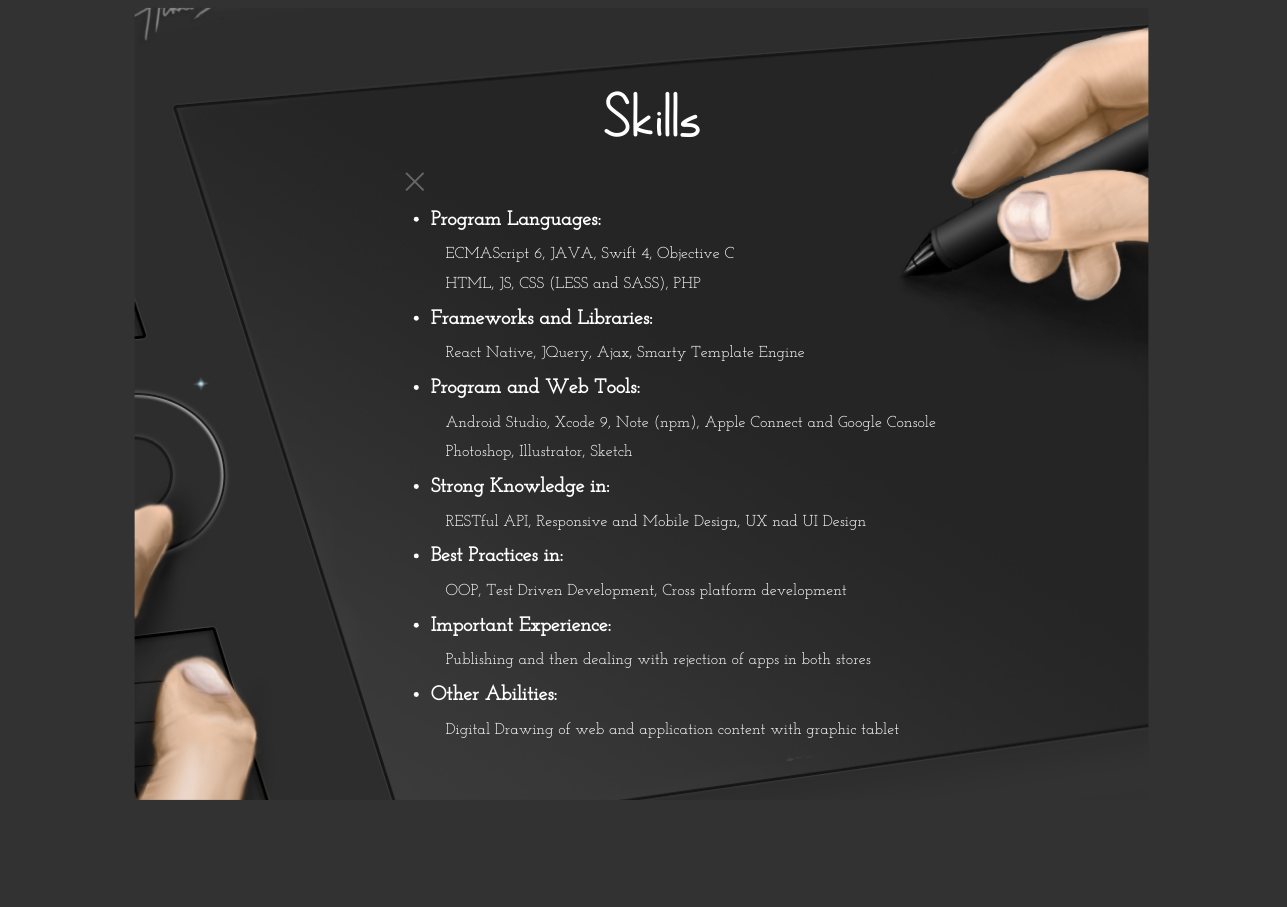
Repository: nikichanko/cv
Page: index.html
An editor plug-in stored every save of this project. The page is shown before and after the next save, followed by the edit.
The browser window is 1280 px wide. The page is 1300 px wide, so the pictures cover 1300 px, including what lies to the right of the window. The pictures show the whole page, at 99% of full size.
After loading, the first visible `div.item` was clicked once.

Above is the page before, as saved 2018-08-09 00:04:07.

### index.html
<!DOCTYPE html>
<html>
  <head>
    <link rel="stylesheet" type="text/css" href="css/styles.css">
    <script src="https://ajax.googleapis.com/ajax/libs/jquery/3.3.1/jquery.min.js"></script>
    <title>Nikolay Nikolov - CV</title>
  </head>
  <body>
    <div class="wrapper">
      <div class="menu">
        <div class="item">
          Skills
        </div>
        <div class="content skills">
          <i class="close"></i>
          <ul>
            <li>Program Languages:</li>
            <ol>ECMAScript 6, JAVA, Swift 4, Objective C</ol>
            <ol>HTML, JS, CSS (LESS and SASS), PHP</ol>
            <li>Frameworks and Libraries:</li>
            <ol>React Native, JQuery, Ajax, Smarty Template Engine</ol>
            <li>Program and Web Tools:</li>
            <ol>Android Studio, Xcode 9, Note (npm), Apple Connect and Google Console</ol>
            <ol>Photoshop, Illustrator, Sketch</ol>
            <li>Strong Knowledge in:</li>
            <ol>RESTful API, Responsive and Mobile Design, UX nad UI Design</ol>
            <li>Best Practices in:</li>
            <ol>OOP, Test Driven Development, Cross platform development</ol>
            <li>Important Experience:</li>
            <ol>Publishing and then dealing with rejection of apps in both stores</ol>
            <li>Other Abilities:</li>
            <ol>Digital Drawing of web and application content with graphic tablet</ol>
          </ul>
        </div>
        <div class="item">
          Education
        </div>
        <div class="content">
            <i class="close"></i>
            2011-2013<br/>
            M. Sc. in Computer Science<br/>
            Technical University Gabrovo,
            Computer System and Technologies
        </div>
        <div class="item">
          Empoyment
        </div>
        <div class="content">
            <i class="close"></i>
            from 05.2014 to 12.2016<br/>
            Support Service LTD for Image-Line Belgium</br>
            Professional Title - fullstack web developer with more front-end responsibilities
        </div>
        <div class="item">
          Goal Achieved
        </div>
        <div class="item">
          About me
        </div>
        <div class="item">
          Contact
        </div>
        <div class="content">
            <i class="close"></i>
            Fill free to leave me a message...
            <script type="text/javascript" src="https://form.jotformeu.com/jsform/82187298762370"></script>
        </div>
      </div>
    </div>
    <script src="js/common.js"></script>
  </body>
</html>

### css/styles.css
@font-face {
  font-family: 'Just Gotta Smile';
  src: url('./fonts/JustGottaSmile.woff2') format('woff2'),
      url('./fonts/JustGottaSmile.woff') format('woff'),
      url('./fonts/JustGottaSmile.ttf') format('truetype');
  font-weight: 500;
  font-style: normal;
}

@font-face {
  font-family: 'Josefin Slab';
  src: url('./fonts/JosefinSlab.woff2') format('woff2'),
      url('./fonts/JosefinSlab.woff') format('woff'),
      url('./fonts/JosefinSlab.ttf') format('truetype');
  font-weight: normal;
  font-style: normal;
}
ul, li, ol {
  margin: 0;
  padding: 0;
}

body {
  background-color: #323232;
  width: 100%;
  font-family: 'Just Gotta Smile';
  color: #fff;
}

.menu {
  left: 20px;
  line-height: 70px;
  margin: 0 auto;
  position: absolute;
  text-align: center;
  width: 100%;
  height: 400px;
  font-size: 64px;
  top: 80px;
}

.item {
  cursor: pointer;
  position: relative;
  left: 50%;
  opacity: 1;
  transform: translateX(-50%) ;
  -ms-transform: translateX(-50%) ; /* IE 9 */
  -webkit-transform: translateX(-50%); /* Safari 3-8 */
  transition: opacity 0.5s ease-in-out;
  -webkit-user-select: none;
     -moz-user-select: none;
      -ms-user-select: none;
          user-select: none;
          width: auto;
}

.item.closed {
  opacity: 0;
  height: 0;
  visibility: hidden;
}

.content {
  font-family: 'Josefin Slab';
  padding-top: 2px;
  left: 50px;
  max-width: 600px;
  text-align: left;
  top: 50px;
  width: 60%;
  margin: 0 auto;
  line-height: 40px;
  height: 0;
  opacity: 0;
  font-size: 20px;
  transition: opacity 0.5s ease-in-out;
  position: relative;
  visibility: hidden;
}

.content.open {
  height: auto;
  opacity: 1;
  transition: opacity 0.5s ease-in-out;
  visibility: visible;
}
.content.skills {
  line-height: 30px;
}
.content.skills ul {
  margin-left: 25px;
}
.content.skills li {
  font-weight: bold;
  font-size: 20px;
  padding:5px 0;
}
.content.skills ol {
  font-size: 16px;
  margin-left: 15px;
}

.item:hover {
  color: #a4cbe6;
}

.wrapper {
  width: 80%;
  max-width: 1300px;
  height: 800px;
  margin: 0 auto;
  background-image: url(../img/cv_bg.png);
  background-repeat: no-repeat;
  background-position: right center;
  background-size: cover;
}

.close {
  position: absolute;
  top: -29px;
  left: -7px;
  width: 32px;
  height: 32px;
  opacity: 0.3;
}
.close:hover {
  opacity: 1;
}
.close:before, .close:after {
  position: absolute;
  left: 15px;
  content: ' ';
  height: 25px;
  width: 2px;
  background-color: #fff;
}
.close:before {
  transform: rotate(45deg);
}
.close:after {
  transform: rotate(-45deg);
}

### js/common.js
$(".item").on('click', function() {
  var _t = this;
  setTimeout(function(){
    $(_t).next('.content').addClass('open');
  },100);
  $('.item').each(function(i, v) {
    if (!$(_t).is(v)) {
      $(v).addClass('closed');
      $(v).next('.content').removeClass('open');
    }
    else {
      $(v).removeClass('closed');
    }
  });
});

$('.close').on('click', function(){
  $('.item').each(function(i, v) {
    setTimeout(function(){
      $(v).removeClass('closed');
    },100);
    $(v).next('.content').removeClass('open');
  });
})

After the next save:
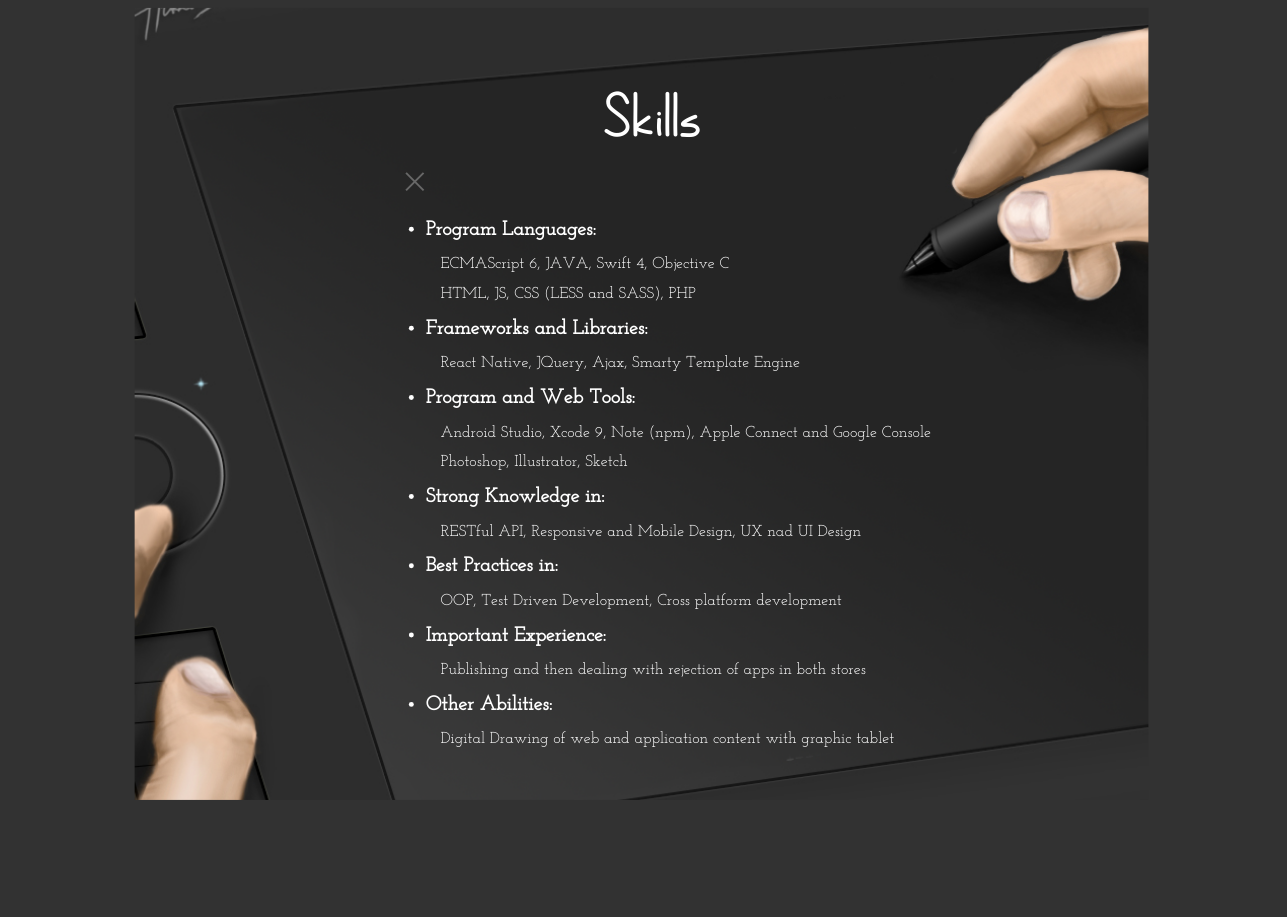
Saved 99 s later.
--- a/css/styles.css
+++ b/css/styles.css
@@ -89,7 +89,8 @@ body {
   line-height: 30px;
 }
 .content.skills ul {
-  margin-left: 25px;
+  margin-top: 10px;
+  margin-left: 20px;
 }
 .content.skills li {
   font-weight: bold;
